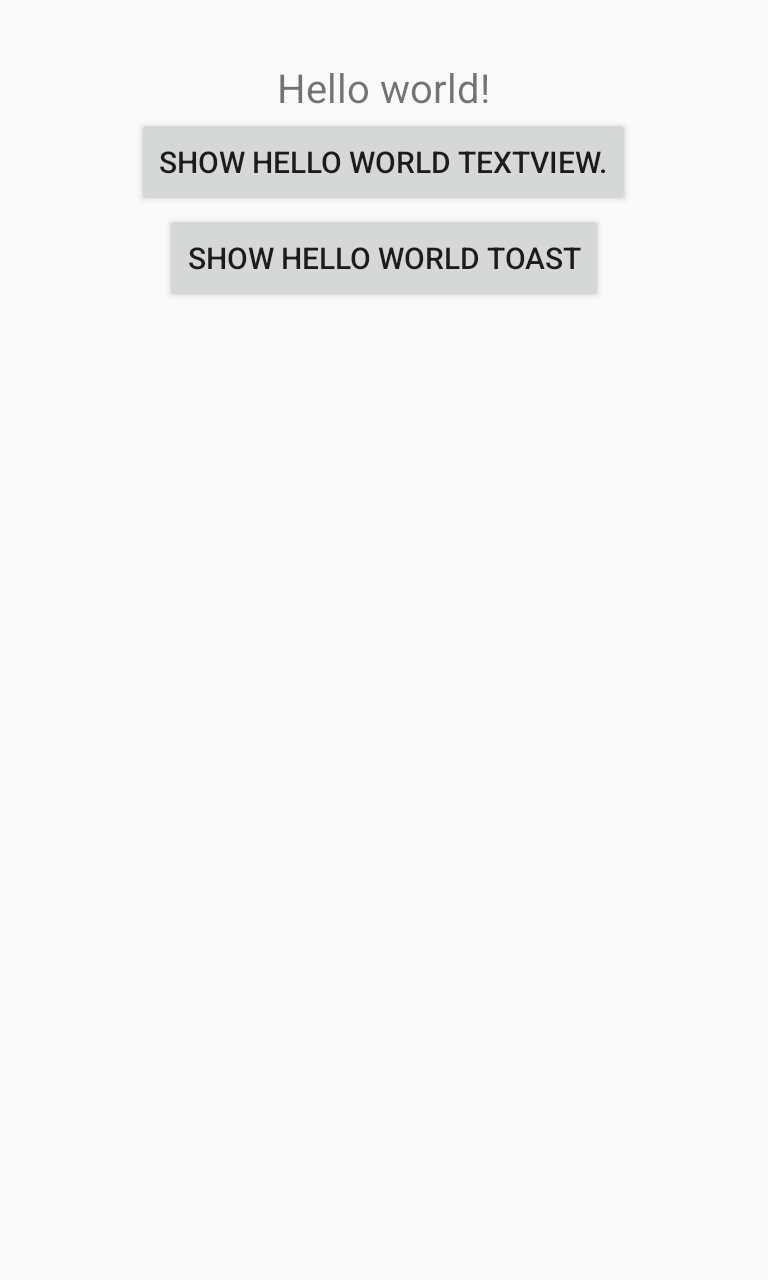
Repository: JoanneCaroll/EventHandling
Layout: EventHandling/res/layout/activity_main.xml
The author's editor kept a copy of each file at every save. The layout is drawn from the files as they stood at one save, then again after the next save.
It is drawn on a 768 x 1280 px phone screen (xhdpi) without system bars, with theme AppTheme; the app's code is not run.

Above is the layout before, as saved 2014-10-28 07:17:46.

### EventHandling/res/layout/activity_main.xml
<LinearLayout xmlns:android="http://schemas.android.com/apk/res/android"
    xmlns:tools="http://schemas.android.com/tools"
    android:layout_width="match_parent"
    android:layout_height="match_parent"
    android:orientation="vertical"
    android:layout_gravity="center"
    android:padding="30dp">


        <TextView
            android:layout_gravity="center"
            android:id="@+id/hello_world"
            android:layout_width="wrap_content"
            android:layout_height="wrap_content"
            android:text="@string/hello_world"
            android:textSize="20dp" />


       <Button
           android:layout_gravity="center"
           android:id="@+id/showText"
           android:layout_width="wrap_content"
           android:layout_height="wrap_content"
           android:text="@string/show"
           android:textSize="15dp" />

       <Button
           	android:layout_gravity="center"
	        android:id="@+id/showToast"
	        android:layout_width="wrap_content"
	        android:layout_height="wrap_content"
	        android:text="@string/showToast"
	        android:textSize="15dp"/>

</LinearLayout>

### EventHandling/res/values/strings.xml
<?xml version="1.0" encoding="utf-8"?>
<resources>

    <string name="app_name">EventHandling</string>
    <string name="hello_world">Hello world!</string>
    <string name="show">Show Hello World TextView.</string>
	<string name="showToast">Show Hello World Toast</string>
	<string name="action_settings">Menu</string>
</resources>

Loaded but not shown: EventHandling/res/values/styles.xml (common file); EventHandling/res/values-v11/styles.xml (common file); EventHandling/res/values-v14/styles.xml (common file)

After the next save:
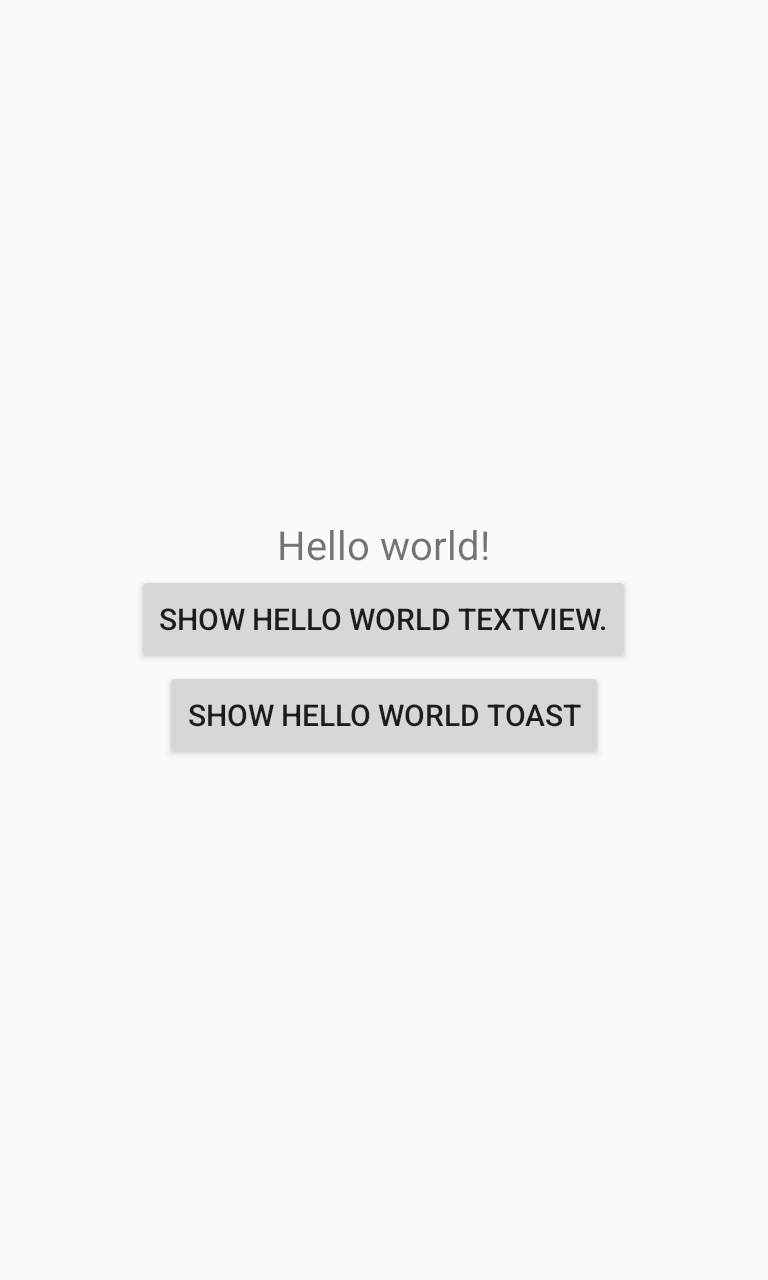
Saved 103 min 8 s later.
--- a/EventHandling/res/layout/activity_main.xml
+++ b/EventHandling/res/layout/activity_main.xml
@@ -3,7 +3,7 @@
     android:layout_width="match_parent"
     android:layout_height="match_parent"
     android:orientation="vertical"
-    android:layout_gravity="center"
+    android:gravity="center"
     android:padding="30dp">
 
 
